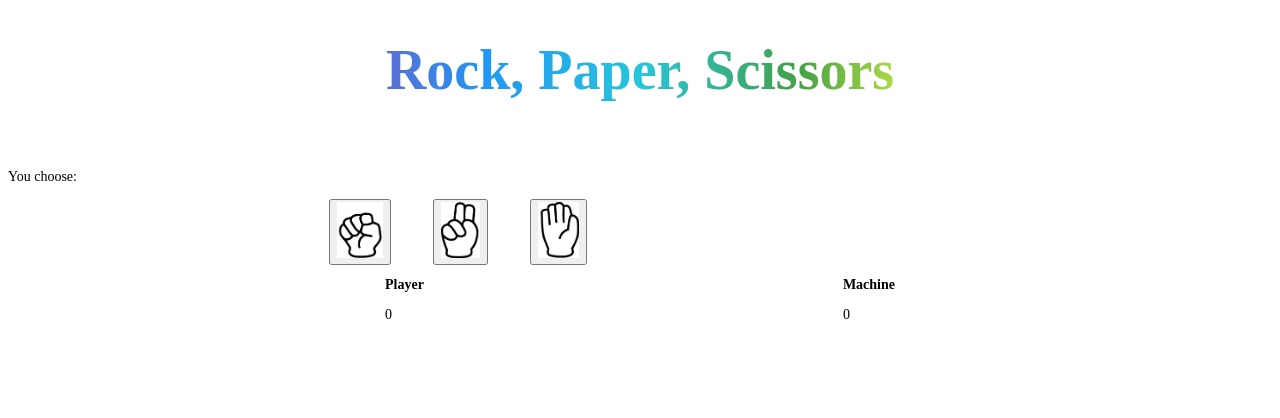
Repository: dung8466/RPS
Page: index.html
The author's editor kept a copy of each file at every save. The page is drawn from the files as they stood at one save, then again after the next save.
The browser window is 1280 px wide. The pictures show the whole page.

Above is the page before, as saved 2022-07-01 19:24:36.

### index.html
<!DOCTYPE html>
<html lang="en">
<head>
    <meta charset="UTF-8">
    <meta http-equiv="X-UA-Compatible" content="IE=edge">
    <meta name="viewport" content="width=device-width, initial-scale=1.0">
    <title>Fun Game</title>
    <link rel="stylesheet" href="style.css">
    <script src="script.js"></script>
</head>
<body>
    <h1 class="header">
        Rock, Paper, Scissors
    </h1>
    <div class="player-choice">
        <img src="" alt="" id="player-choice">
        <p>You choose:</p>
        <p class="player-choice"></p>
    </div>
    <div class="board flex-box">
        <div class="player flex-box">
            <button class="rock">
                <img src="src/rock.jpg" alt="">
            </button>
            <button class="scissor">
                <img src="src/scissor.jpg" alt="">
            </button>
            <button class="paper">
                <img src="src/paper.jpg" alt="">
            </button>
        </div>
        <div class="machine">
            <img src="" alt="" id="machine-choice">
        </div>
    </div>
    <div class="score flex-box">
        <div class="player-score">
            <h2>Player</h2>
            <p>0</p>
        </div>
        <div class="machine-score">
            <h2>Machine</h2>
            <p>0</p>
        </div>
    </div>
</body>
</html>

### style.css
*{
    font-family: 'Times New Roman', Times, serif;
    font-size: 14px;
}

.flex-box{
    display: flex;
    align-items: center;
    justify-content: space-evenly;
    align-content: space-between;
    gap: 3em;
}

img{
    max-width: 100%;
    max-height: 100%;
}
.header{
    font-size: 4em;
    font-weight: bold;
    background: linear-gradient(to right, #ef5350, #f48fb1, #7e57c2, #2196f3, #26c6da, #43a047, #eeff41, #f9a825, #ff5722);
    -webkit-background-clip: text;
    -webkit-text-fill-color: transparent;
    text-align: center;
}

.player button img{
    height: 4em;
    width: auto;
    background-color: aliceblue;

}

Loaded but not shown: script.js (no copy from this time; the picture is the same without it)

After the next save:
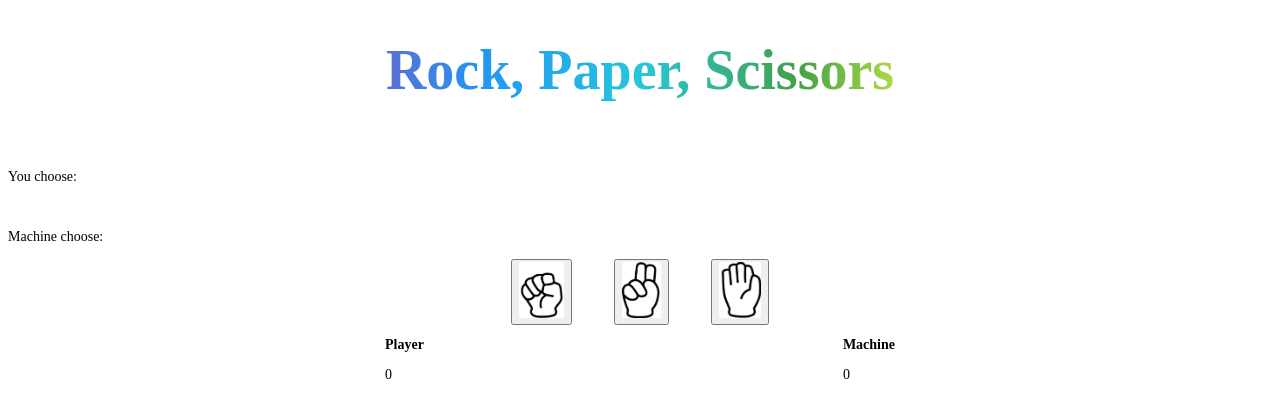
Saved 86 s later.
--- a/index.html
+++ b/index.html
@@ -12,10 +12,17 @@
     <h1 class="header">
         Rock, Paper, Scissors
     </h1>
-    <div class="player-choice">
-        <img src="" alt="" id="player-choice">
-        <p>You choose:</p>
-        <p class="player-choice"></p>
+    <div class="choice">
+        <div class="player-choice">
+            <img src="" alt="" id="player-choice">
+             <p>You choose:</p>
+            <p class="player-choice"></p>
+        </div>
+        <div class="machine-choice">
+            <img src="" alt="" id="machine-choice">
+            <p>Machine choose:</p>
+            <p class="machine-choice"></p>
+        </div>
     </div>
     <div class="board flex-box">
         <div class="player flex-box">
@@ -28,9 +35,6 @@
             <button class="paper">
                 <img src="src/paper.jpg" alt="">
             </button>
-        </div>
-        <div class="machine">
-            <img src="" alt="" id="machine-choice">
         </div>
     </div>
     <div class="score flex-box">
